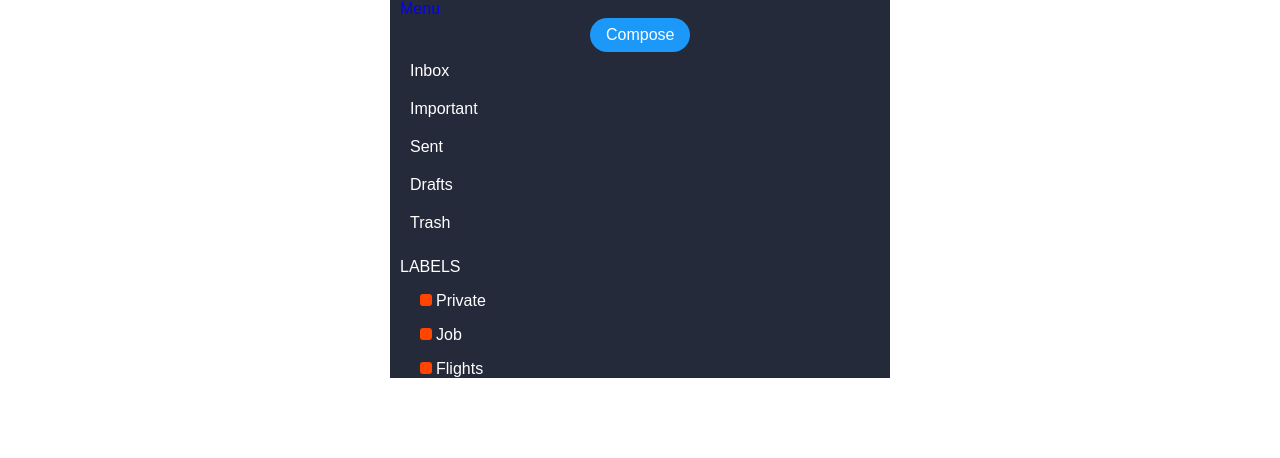
Repository: Gumiin/studia
Page: lesson4/index.html
An editor plug-in stored every save of this project. The page is shown before and after the next save, followed by the edit.
The browser window is 1280 px wide. The pictures show the whole page.

Above is the page before, as saved 2021-04-07 18:20:35.

### lesson4/index.html
<!DOCTYPE html>
<html lang="en">
<head>
    <meta charset="UTF-8">
    <meta http-equiv="X-UA-Compatible" content="IE=edge">
    <meta name="viewport" content="width=device-width, initial-scale=1.0">
    <title>Mail mobile part</title>
    <link rel="stylesheet" href="style.css">
</head>
<body>
    <div id="menus">
        <p style="border: 0px;margin: 0px; color: blue;margin-left: 2%;">Menu</p>
        <a href=""><div id="compose">Compose</div></a>
        <nav>
            <a href=""><div class="menu">Inbox</div></a>
            <a href=""><div class="menu">Important</div></a>
            <a href=""><div class="menu">Sent</div></a>
            <a href=""><div class="menu">Drafts</div></a>
            <a href=""><div class="menu">Trash</div></a>
        </nav>
        <div id="labels">
            <p>LABELS</p>
            <p>
                <div class="label"></div>
            Private
            </p>
            <p>
                <div class="label"></div>
            Job
            </p>
            <p>
                <div class="label"></div>
            Flights
            </p>
        </div>
    </div>
    <div id="mails">
        <div class="mail"></div>
        <div class="mail"></div>
        <div class="mail"></div>
        <div class="mail"></div>
        <div class="mail"></div>
    </div>
    <div id="messenge">

    </div>
</body>
</html>

### lesson4/style.css
body{
    margin: 0px;
    border: 0px;
    max-width: 500px;
    height:100%;
    margin:auto;
    font-family: Arial, sans-serif;
    color: white;
}
#menus{
    background-color: #252a3a;
    font-size: 16px;
}
#menus a{
    text-decoration: none;
    color: white;
}

#compose{
    background-color: #1B98F8;
    border: none;
    color: white;
    padding: 20px;
    text-align: center;
    text-decoration: none;
    display: inline-block;
    font-size: 16px;
    padding: 8px 16px;
    margin-left: 40%;
    border-radius: 20px;
}
.menu{
    margin-left: 2%;
    margin-right: 2%;
    padding: 2%;
}
.menu:hover{
    background-color: orchid;
}
#labels{
    margin-left: 2%;
}
.label{
    background-color: orangered;
    border: none;
    display: inline-block;
    padding: 6px 6px;
    border-radius: 3px;
    margin-left:4%;
}

After the next save:
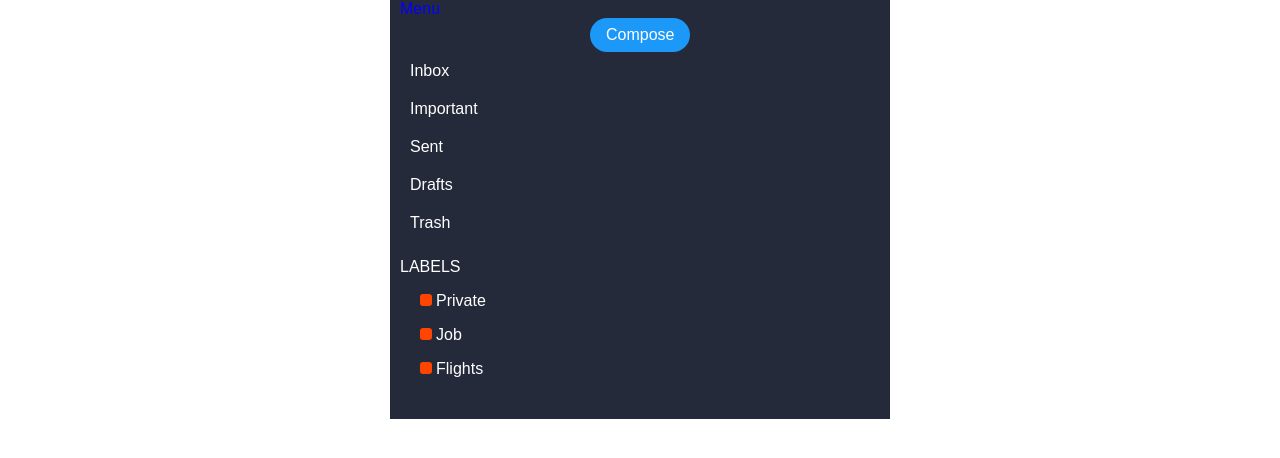
Saved 38 s later.
--- a/lesson4/style.css
+++ b/lesson4/style.css
@@ -39,6 +39,7 @@ body{
 }
 #labels{
     margin-left: 2%;
+    padding-bottom: 5%;
 }
 .label{
     background-color: orangered;
